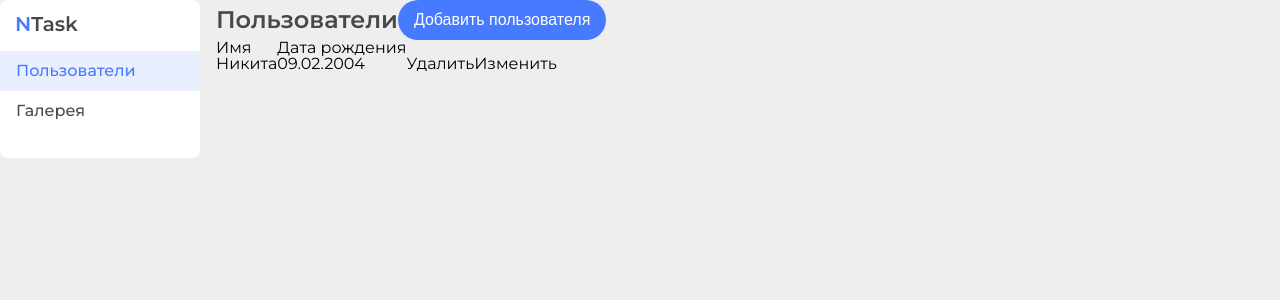
Repository: Grid-Master/NTask
Page: /
The author's editor kept a copy of each file at every save. The page is drawn from the files as they stood at one save, then again after the next save.
The browser window is 1280 px wide. The pictures show the whole page.
The project was rebuilt for these pictures with package versions that can differ from the ones it lists, and the page was loaded fresh each time.

Above is the page before, as saved 2023-06-04 19:20:17.

### public/index.html
<!DOCTYPE html>
<html lang="en">
  <head>
    <meta charset="utf-8" />
    <link rel="icon" href="%PUBLIC_URL%/favicon.ico" />
    <meta name="viewport" content="width=device-width, initial-scale=1" />
    <meta name="theme-color" content="#000000" />
    <meta name="description" content="Web site created using create-react-app" />
    <link rel="apple-touch-icon" href="%PUBLIC_URL%/logo192.png" />
    <link rel="preconnect" href="https://fonts.googleapis.com" />
    <link rel="preconnect" href="https://fonts.gstatic.com" crossorigin />
    <link
      href="https://fonts.googleapis.com/css2?family=Montserrat:wght@300;400;500;600;700&display=swap"
      rel="stylesheet" />
    <link rel="manifest" href="%PUBLIC_URL%/manifest.json" />
    <title>React App</title>
  </head>
  <body>
    <noscript>You need to enable JavaScript to run this app.</noscript>
    <div id="root"></div>
  </body>
</html>

### src/index.css
html, body, div, span, applet, object, iframe,
h1, h2, h3, h4, h5, h6, p, blockquote, pre,
a, abbr, acronym, address, big, cite, code,
del, dfn, em, img, ins, kbd, q, s, samp,
small, strike, strong, sub, sup, tt, var,
b, u, i, center,
dl, dt, dd, ol, ul, li,
fieldset, form, label, legend,
table, caption, tbody, tfoot, thead, tr, th, td,
article, aside, canvas, details, embed,
figure, figcaption, footer, header, hgroup,
menu, nav, output, ruby, section, summary,
time, mark, audio, video {
	margin: 0;
	padding: 0;
	border: 0;
	font-size: 100%;
	font: inherit;
	vertical-align: baseline;
}
/* HTML5 display-role reset for older browsers */
article, aside, details, figcaption, figure,
footer, header, hgroup, menu, nav, section {
	display: block;
}
body {
	line-height: 1;
}
ol, ul {
	list-style: none;
}
blockquote, q {
	quotes: none;
}
blockquote:before, blockquote:after,
q:before, q:after {
	content: '';
	content: none;
}
table {
	border-collapse: collapse;
	border-spacing: 0;
}
body {
  margin: 0;
  font-family: Montserrat;
  background: #EEEEEE;
}

code {
  font-family: source-code-pro, Menlo, Monaco, Consolas, 'Courier New',
    monospace;
}

### src/App.tsx
import './App.css';
import Navbar from './components/navabar/Navbar';
import UserList from './components/userList/UserList';

function App() {
  return (
    <div className="App">
      <Navbar />
      <UserList />
    </div>
  );
}

export default App;

### src/App.css
.App {
  display: flex;
  align-items:start;
  gap: 16px;
}

### src/components/navabar/Navbar.tsx
import { FC } from 'react';
import './navbar.sass';
const logo = require('../../images/logo.png');

const Navbar: FC = () => {
  return (
    <div className="navbar">
      <div className="navbar__imagecontainer">
        <img src={logo} alt="logo" />
      </div>
      <div className="navbar__item navbar__active">Пользователи</div>
      <div className="navbar__item">Галерея</div>
    </div>
  );
};

export default Navbar;

### src/components/userList/UserList.tsx
import React, { FC } from 'react';
import './userList.sass';

const UserList: FC = () => {
  return (
    <div className="userList">
      <div>
        <h1 className="userList__title">Пользователи</h1>
        <button className="userList__addUserBtn">Добавить пользователя</button>
      </div>
      <table className="userList__table">
        <tr>
          <td>Имя</td>
          <td>Дата рождения</td>
          <td></td>
          <td></td>
        </tr>
        <tr>
          <td>Никита</td>
          <td>09.02.2004</td>
          <td>Удалить</td>
          <td>Изменить</td>
        </tr>
      </table>
    </div>
  );
};

export default UserList;

### src/components/navabar/navbar.sass
.navbar
    width: 200px
    height: 158px
    background: #FFFFFF
    border-radius: 8px
    &__imagecontainer
        padding: 16px 0
        margin-left: 16px
    &__item
        padding: 8px 16px
        cursor: pointer
        font-weight: 500
        font-size: 16px
        line-height: 150%
        color: #484848
    &__active
        background: #E9EFFF
        color: #477AFF

### src/components/userList/userList.sass
.userList
    >div
        width: 100%
        display: flex
        align-items: center
        justify-content: space-between
    &__title
        font-weight: 600
        font-size: 24px
        line-height: 150%
        color: #484848
    &__addUserBtn
        font-weight: 500
        font-size: 16px
        line-height: 100%
        color: #FFFFFF
        background: #477AFF
        border-radius: 20px
        padding: 12px 16px
        border: none
        outline: none

Loaded but not shown: src/index.tsx (common file)

After the next save:
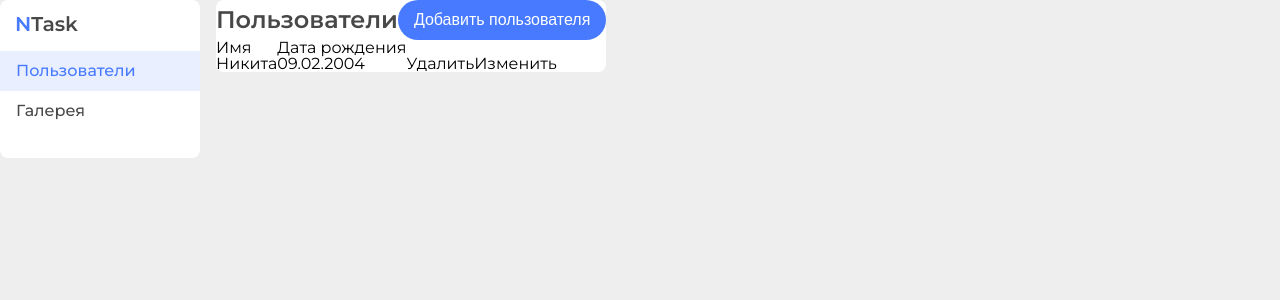
Saved 37 s later.
--- a/src/components/userList/userList.sass
+++ b/src/components/userList/userList.sass
@@ -1,4 +1,6 @@
 .userList
+    background: #FFFFFF
+    border-radius: 8px
     >div
         width: 100%
         display: flex
